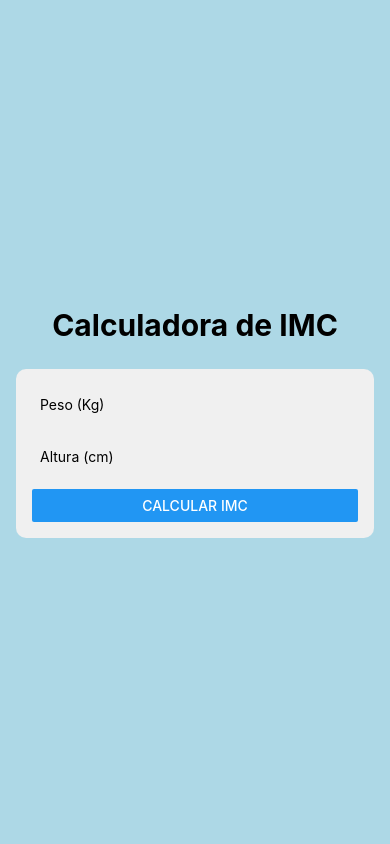
Repository: GustaPit/CalculadoraIMCpam
Screen: /
An editor plug-in stored every save of this project. The screen is shown before and after the next save, followed by the edit.
The app was drawn by React Native's web renderer in a window 390 px wide. The project was rebuilt for these pictures with package versions that can differ from the ones it lists, and the page was loaded fresh each time. Some packages were replaced by stand-ins written for this rebuild. Also part of the build but not shown: src/components/Result.js.

Above is the screen before, as saved 2025-04-04 11:59:36.

After the next save:
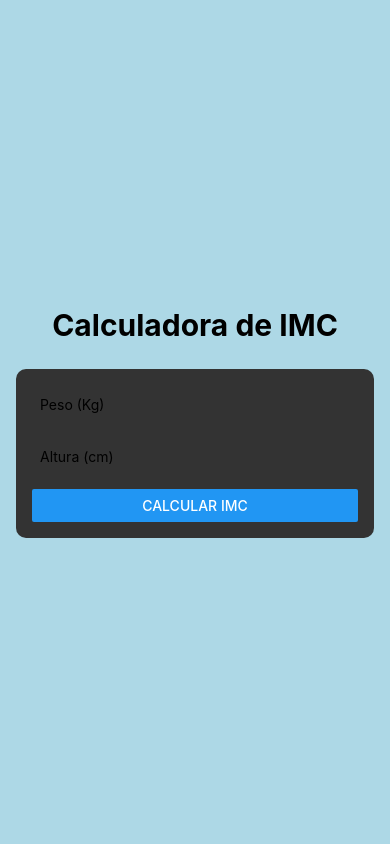
Saved 50 s later.
--- a/src/components/FormIMC.js
+++ b/src/components/FormIMC.js
@@ -39,7 +39,7 @@ const FormIMC = () => {
 
 const styles = StyleSheet.create({
     formContainer: {
-        backgroundColor: '#f0f0f0',
+        backgroundColor: '#333',
         padding: 16,
         borderRadius: 10,
     },
